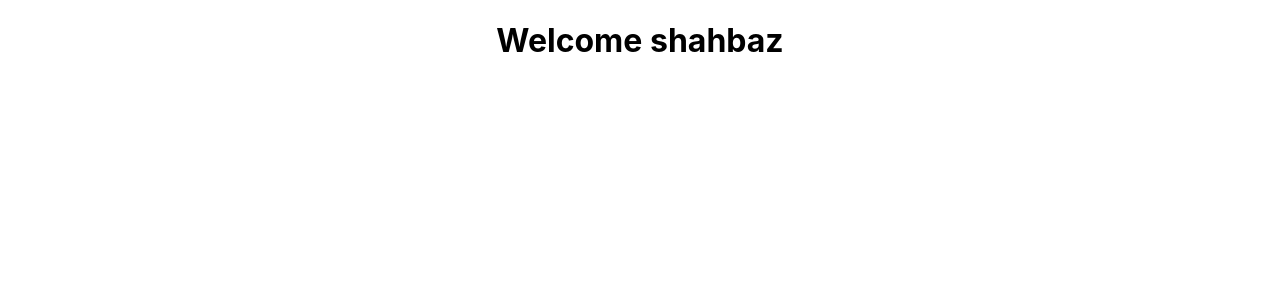
Repository: ShahbazGurmani/react-practice
Page: /
These files come from the project's save history. The page is drawn as it stood at one moment and after the next save; the edit follows.
The browser window is 1280 px wide. The pictures show the whole page.
The project was rebuilt for these pictures with package versions that can differ from the ones it lists, and the page was loaded fresh each time. Also part of the build but not shown: src/User.js, src/Student.js, src/Records.js.

Above is the page before, as saved 2023-08-23 03:05:31.

### src/index.js
import React from 'react';
import ReactDOM from 'react-dom/client';
import './index.css';
import App from './App';
import Records from './Records';
import reportWebVitals from './reportWebVitals';

const root = ReactDOM.createRoot(document.getElementById('root'));
root.render(
  <React.StrictMode>
  <App/>
  </React.StrictMode>
);

// If you want to start measuring performance in your app, pass a function
// to log results (for example: reportWebVitals(console.log))
// or send to an analytics endpoint. Learn more: https://bit.ly/CRA-vitals
reportWebVitals();

### src/App.js
import logo from './logo.svg';
import React ,{useState} from 'react';
import './App.css';
import  './User';
import Student from './Student';
import Profile from './Profile';

function App() {

  // const [name,setName] = useState(0);
  // const[value,setValue] = useState(null);
  // const[status,setStatus] = useState(true);

  //simple function

  // function apple()
  // {
  //   setName(name+1)
  // }

  // function getValue(val)
  // {
  //   console.log(val.target.value);
  //   setValue(val.target.value);
  // }
//form data submit work onit:..............................................................................
  // const [name,setName] = useState("");
  // const [interest,setInterest] = useState("");
  // const [tnc,setTnc] = useState(false);


  // function getFormData(event)
  // {
  //     console.warn(name,interest,tnc);
  //     event.preventDefault();
  // }


  return (
    <div className="App">
      {/* <h1>{name}</h1> */}
      {/* <button onClick={apple}>
        click me
      </button> */}
      {/* with the help of arrow function() */}
      {/* <button onClick={()=>{apple()}}>
        click me
      </button>
      <Student name={name} email={"shahbaz@gmail.com"} />
      <button onClick={()=>{setName("shahbaz")}}>
        update name
      </button> */}

      {/* get input value from box */}
      {/* <h2>{value}</h2>
      <input type='text' onChange={getValue}></input> */}


      {/* {
        status?<h1>hello world</h1>:null
      } */}
      {/* <button onClick={setStatus(false)}>Hide</button>
      <button onClick={setStatus(true)}>Show</button> */}

      {/* <h1>Handle from in react</h1>
       <form onSubmit={getFormData}>
          <input type='text' placeholder='enter your name:' onChange={(e)=>{setName(e.target.value)}}/><br/> <br/>
          <select onChange={(e)=>{setInterest(e.target.value)}}>
                <option>Select anyone option</option>
                <option>Mravel</option>
                <option>BC</option>
          </select><br/> <br/>
          <input type='checkbox' onChange={(e)=>{setTnc(e.target.checked)}} /><span>Accept terms and conditions</span><br/> <br/>
          <button type='submit'>Submit</button>
       </form> */}
      <Profile/>

    </div>

  );
}

export default App;

### src/Profile.js
import { useState } from "react";


function Profile()
{
    const [login,setLogin] = useState(1);
    // using condition if else in ternry oprator
    return(
        <div>
             {login==1?<h1>Welcome shahbaz</h1>:
             login==2?<h1>Welcome anail</h1>:
             <h1>Welcome guest</h1>
             }
        </div>
    )
}
export default Profile;

Loaded but not shown: public/index.html (common file); src/index.css (common file); src/reportWebVitals.js (common file); src/App.css (common file)

After the next save:
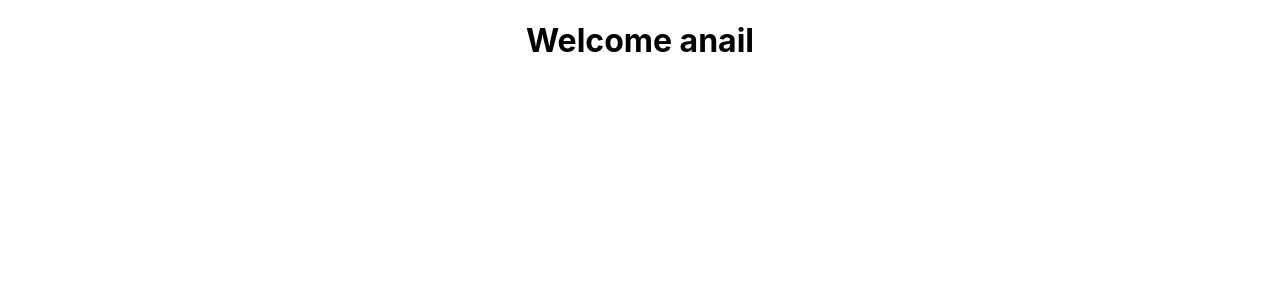
Saved 4 s later.
--- a/src/Profile.js
+++ b/src/Profile.js
@@ -3,7 +3,7 @@ import { useState } from "react";
 
 function Profile()
 {
-    const [login,setLogin] = useState(1);
+    const [login,setLogin] = useState(2);
     // using condition if else in ternry oprator
     return(
         <div>
